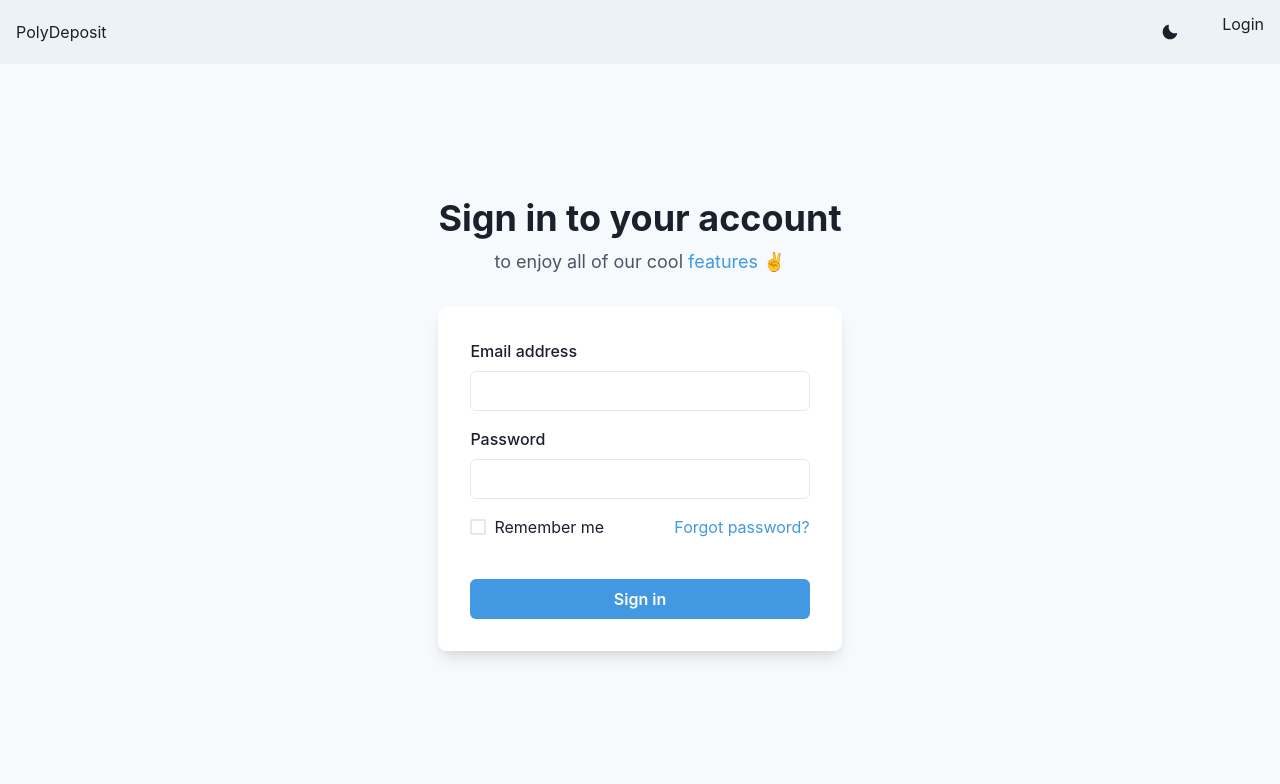
Repository: junghochoi-playground/PolyDeposit
Page: /login (app in poly-deposit-fe/)
The author's editor kept a copy of each file at every save. The page is drawn from the files as they stood at one save, then again after the next save.
The browser window is 1280 px wide. The pictures show the whole page.
The project was rebuilt for these pictures with package versions that can differ from the ones it lists, and the page was loaded fresh each time. The framework's server and built-in components were replaced by stand-ins that run in the browser. Also part of the build but not shown: poly-deposit-fe/next.config.js.

Above is the page before, as saved 2022-07-09 17:12:34.

After the next save:
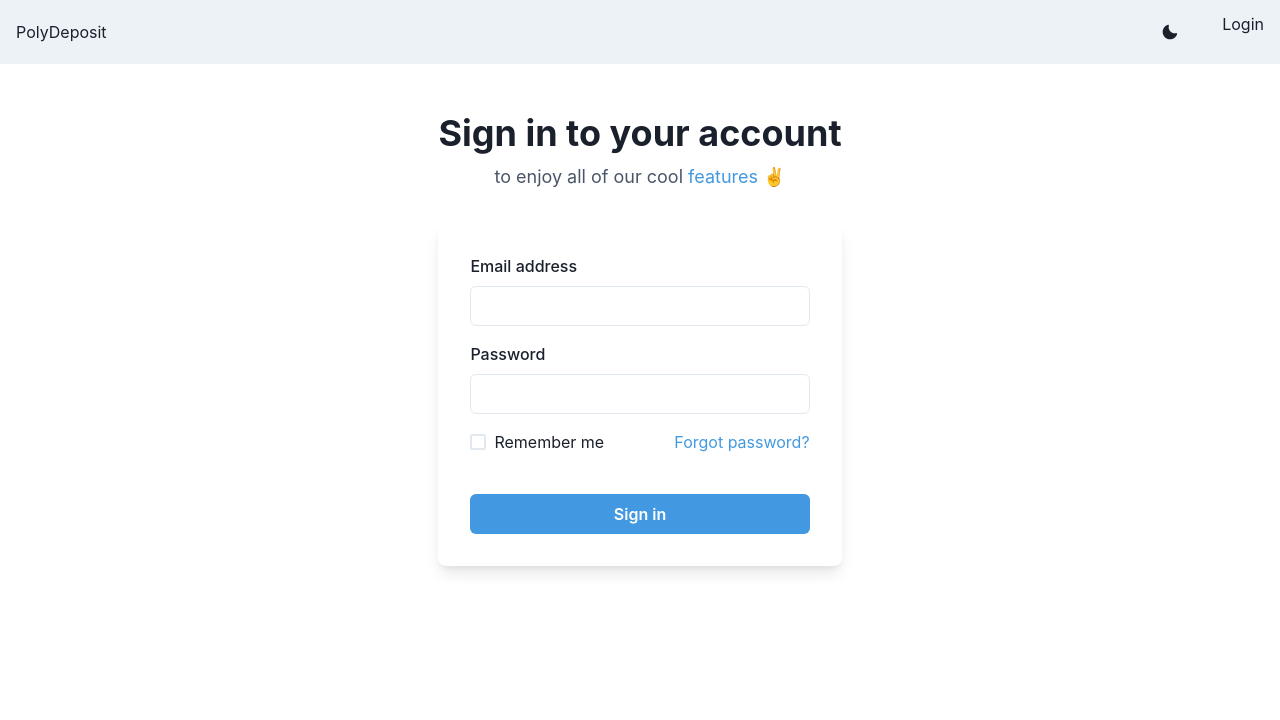
Saved 8 s later.
--- a/poly-deposit-fe/pages/login/index.tsx
+++ b/poly-deposit-fe/pages/login/index.tsx
@@ -16,10 +16,8 @@ import {
   export default function SimpleCard() {
     return (
       <Flex
-        minH={'100vh'}
         align={'center'}
-        justify={'center'}
-        bg={useColorModeValue('gray.50', 'gray.800')}>
+        justify={'center'}>
         <Stack spacing={8} mx={'auto'} maxW={'lg'} py={12} px={6}>
           <Stack align={'center'}>
             <Heading fontSize={'4xl'}>Sign in to your account</Heading>
